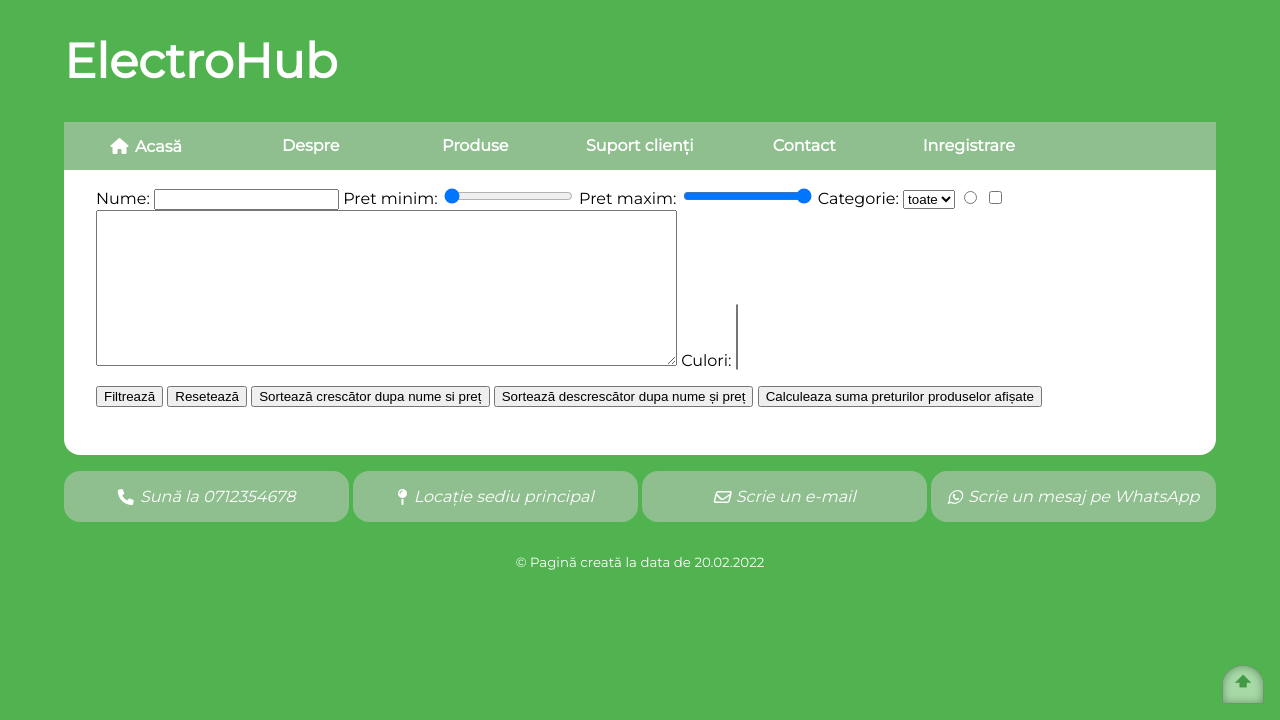
Repository: alexbanilean/Proiect-TW---ElectroHub
Page: http://localhost/produse
The author's editor kept a copy of each file at every save. The page is drawn from the files as they stood at one save, then again after the next save.
The browser window is 1280 px wide. The pictures show the whole page.
The page is served by the project's Node server (index.js). Queries for data that is not in the repository find no rows.

Above is the page before, as saved 2022-05-09 20:48:22.
Console error: TypeError: Cannot set properties of null (setting 'onclick')

### views/pagini/produse.ejs
<!DOCTYPE html>
<html  lang="ro">
    <head>
        <meta name="description" content="Universul electronicelor și electrocasnicelor la cele mai bune prețuri.">
        <meta name="keywords" content="electronice, electrocasnice, telefoane, tablete, jocuri, televizoare, smartphone">
        <title>ElectroHub</title>
        <%- include("../fragmente/head"); %>
        <link rel="stylesheet" type="text/css" href="/resurse/css/produse.css"/>
        <script type="text/javascript" src="/resurse/js/produse.js"></script>
    </head>

    <body>

    <%- include("../fragmente/header") %>

    <main>

        <!--<label> Maxim calorii: <input type="number" id="inp-calorii" value="10000"></label>-->
        <!-- <div> Calorii: trebuie sa aiba acelasi name ca sa formeze un grup
            <p><label>Dietetic (calorii &lt; 350)
                <input id="i_rad1"  name="gr_rad" value="0:350" type="radio"/>
            </label></p>
            <p><label>Mediu (350 &le; calorii &lt; 700)
                <input id="i_rad2"  name="gr_rad" value="350:750" type="radio"/>
            </label>
            <p><label>Ridicat caloric (700 &le; calorii)
                <input id="i_rad3" name="gr_rad" value="700:1000000000" type="radio"/>
            </label>
            <p><label>Toate
                <input id="i_rad4" checked name="gr_rad" value="toate" type="radio"/>
            </label>
        </div> -->

        <p>
            <label>Nume: <input type="text" id="inp-nume"></label>

            <label>Pret minim: <input type="range" id="inp-pret-min" value="0" min="0"  max="5000"><span id="infoRangeMin"></span></label>

            <label>Pret maxim: <input type="range" id="inp-pret-max" value="5000" min="0"  max="5000"><span id="infoRangeMax"></span></label>

            <label>Categorie:
                <select id = "inp-categorie">
                    <option id = "sel-toate" selected value = "toate">toate</option>
                    <% for (let opt of locals.optiuni) { %>
                        <option value = "<%- opt.unnest %>"><%- opt.unnest %> </option>
                    <% } %>
                </select>
            </label>

            <label> <input type="radio"> </label>

            <label> <input type="checkbox"> </label>

            <label> <textarea id = "txtArea" rows = "10" cols = "70"></textarea> </label>

            <label>
                <datalist id = "browsers">
                    <option value = "Edge">
                    <option value = "Firefox">
                    <option value = "Chrome">
                    <option value = "Opera">
                    <option value = "Safari">
                </datalist>
            </label>

            <label>Culori:

                <select multiple id = "inp-culori" width="20">
                    <% for (let col of locals.culori) { %>
                        <option value = "<%- col.unnest %>"><%- col.unnest %> </option>
                    <% } %>
                </select>
            </label>

        </p>

        <p>
            <button id="filtrare">Filtrează</button>
            <button id="resetare">Resetează</button>
            <button id="sortCrescNume">Sortează crescător dupa nume si preț</button>
            <button id="sortDescrescNume">Sortează descrescător dupa nume și preț</button>
            <button id="p-suma">Calculeaza suma preturilor produselor afișate</button>
        </p>

        <!-- my code below -->

        <section id="produse">
            <div class="grid-produse">
                <% for(let prod of locals.produse) { %>
                    <article class="produs">
                        <h3 class="nume"><a href="/produs/<%-prod.id %>"><span class="val-nume"><%- prod.nume%></span></a></h3>
                        <p class="categorie">Categorie: <span class="val-categorie"><%- prod.categorie %></span></p>

                        <div class="grid-intern">
                            <figure class="imag-produs">
                                <a href="produs/<%-prod.id %>" ><img src="/resurse/imagini/produse/<%- prod.imagine %>" alt="[imagine <%- prod.nume %>]" /></a>
                            </figure>

                            <table class="info-prod">
                                <tbody>
                                    <tr>
                                        <td>
                                            <span class="pret">Pret:</span>
                                        </td>
                                        <td>
                                            <span class="val-pret"><%- prod.pret %> RON</span>
                                        </td>
                                    </tr>

                                    <tr>
                                        <td>
                                            <span class="culoare">Culoare:</span>
                                        </td>
                                        <td>
                                            <span class="val-culoare"><%- prod.culoare %></span>
                                        </td>
                                    </tr>

                                    <tr>
                                        <td>
                                            <span class="descriere">Descriere:</span>
                                        </td>
                                        <td>
                                            <span class="val-descriere"><%- prod.descriere %></span>
                                        </td>
                                    </tr>

                                    <tr>
                                        <td>
                                            <span class="data_adaugare">Data adăugare:</span>
                                        </td>
                                        <td>
                                            <span class="val-data_adaugare"><time><%- `${prod.data_adaugare.getDate()}/${locals.luni[prod.data_adaugare.getMonth()]}/${prod.data_adaugare.getFullYear()} (${locals.zile[prod.data_adaugare.getDay()]})` %></time></span>
                                        </td>
                                    </tr>

                                    <tr>
                                        <td>
                                            <span class="premium">Premium:</span>
                                        </td>
                                        <td>
                                            <span class="val-premium">
                                                <% if(prod.premium == 'true') { %>
                                                    <%- 'Da' %>
                                                <% } else { %>
                                                    <%- 'Nu' %>
                                                <% } %>
                                            </span>
                                        </td>
                                    </tr>
                                </tbody>
                            </table>

                            <label class="selecteaza-cos">
                                Selectează:<br/>
                                <input type="checkbox" class="select-cos" value="<%-prod.id %>" autocomplete="off">
                            </label>
                        </div>
                    </article>
                <% } %>
            </div>
        </section>
    </main>

    <%- include("../fragmente/footer") %>
    </body>
</html>

### views/fragmente/head.ejs
<meta charset="utf-8">
<meta name="author" content="Alexandru Bănilean">

<link rel="apple-touch-icon" sizes="180x180" href="/resurse/ico/apple-touch-icon.png">
<link rel="icon" type="image/png" sizes="32x32" href="/resurse/ico/favicon-32x32.png">
<link rel="icon" type="image/png" sizes="16x16" href="/resurse/ico/favicon-16x16.png">
<link rel="manifest" href="/resurse/ico/site.webmanifest">
<link rel="mask-icon" href="/resurse/ico/safari-pinned-tab.svg" color="#5bbad5">
<link rel="shortcut icon" href="/resurse/ico/favicon.ico">
<meta name="msapplication-TileColor" content="#da532c">
<meta name="msapplication-config" content="./resurse/ico/browserconfig.xml">
<meta name="theme-color" content="#ffffff">

<link rel="stylesheet" href="/resurse/css/general.css" type="text/css"/>
<link rel="stylesheet" href="/resurse/css/general-1200.css" type="text/css" media="screen and (max-width:1200px)"/>
<link rel="stylesheet" href="/resurse/css/general-500.css" type="text/css" media="screen and (max-width:500px)"/>
<link rel="stylesheet" href="/resurse/css/nav.css" type="text/css"/>
<link rel="stylesheet" href="/resurse/css/nav-500.css" type="text/css" media="screen and (max-width:500px)"/>
<link rel="stylesheet" href="/resurse/css/galerie_statica.css" type="text/css"/>
<link rel="stylesheet" href="/resurse/css/print_style.css" type="text/css"/>

<link rel="stylesheet" href="https://use.fontawesome.com/releases/v6.0.0/css/all.css"/>
<link rel="stylesheet" href="https://fonts.googleapis.com/css?family=Montserrat"/>

<script src="/resurse/js/tema.js"></script>

### views/fragmente/header.ejs
<script>
    var tema=localStorage.getItem("tema");
    if(tema)
        document.body.classList.add("dark");
    else
        document.body.classList.remove("dark");
</script>

<header>
    <h1>ElectroHub</h1>
</header>

<nav>

    <label id="hamburger" for="ch-menu">
        <img src="/resurse/imagini/hamburger_icon_alb.png" alt="menu">
    </label>
    <input id="ch-menu" type="checkbox">

    <ul class="meniu">
        <li><div class="home-button"><a href="/index"><span class="text-home-button">Acasă</span></a></div></li>
        <li><div><a href="/despre">Despre</a></div>
            <ul>
                <li><a href="/despre#prezentare">Prezentare</a></li>
                <li><a href="/despre#istoric">Istoric</a></li>
                <li><a href="/despre#galerie">Galerie</a></li>
            </ul>
        </li>
        <li><div><a href="/produse">Produse</a></div>
            <ul>
                <li><a href="/produse">Toate</a></li>
                <% for(let categ of locals.categorii_meniu) { %>
                    <li><a href="/produse/<%-categ.unnest%>" style="text-transform: capitalize;"><%-categ.unnest%></a></li>
                <% } %>
            </ul>
        </li>
        <li><a href="/suport_clienti">Suport clienți</a></li>
        <li><a href="/contact">Contact</a></li>
        <li><a href="/inregistrare">Inregistrare</a></li>



        <% if(locals.utilizator){ %>
            <li>
                <div><%- locals.utilizator.username %></div>
                <ul>
                    <li><a href="/profil">Profil</a></li>
                    <li><a href="/logout">Logout</a></li>
                    <% if(locals.utilizator && locals.utilizator.rol == "admin") { %>
                    <li><a href="/useri">Useri</a></li>
                    <% } %>

                </ul>
            </li>
        <% } %>
    </ul>
</nav>

<p id="banner"></p>

### views/fragmente/footer.ejs
<footer>
    <address>
        <a href="tel:+40712354678" class="apel">
            <i class="fa-solid fa-phone fa-shake-hover" style="font-weight:600;padding-right:0.4rem;"></i>Sună la 0712354678</a>
        <a href="https://www.google.com/maps/place/Faculty+of+Mathematics+and+Informatics+-+University+of+Bucharest/@44.4355355,26.0995867,15z/data=!4m5!3m4!1s0x0:0x493984726f0235f9!8m2!3d44.4355355!4d26.0995867" class="locatie">
            <i class="fa-solid fa-map-pin fa-bounce" style="font-weight:600;padding-right:0.4rem;"></i>Locație sediu principal</a>
        <a href="mailto::clienti.electrohub@gmail.com" class="mail">Scrie un e-mail</a>
        <a href="https://api.whatsapp.com/send?phone=40712354678" class="mesaj">Scrie un mesaj pe WhatsApp</a>
    </address>

    <a href="#" id="link-top"><div class="tooltip"><span class="tooltiptext">Înapoi în partea de sus a paginii</span></div></a>

    <p class="copyright-info"><small>&copy; Pagină creată la data de <time datetime="2022-02-20">20.02.2022</time></small></p>
</footer>

### resurse/css/nav.css
body{
    --inaltime-meniu: 3rem;
}

nav ul.meniu ul{
    display: none;
    position: absolute;
    width: 100%;
}

nav{
    height: var(--inaltime-meniu);
    width: 100%;
    top: 0;
    padding: 0;
    background-color: var(--button-color);
    z-index: 10;
    position: sticky;
}

nav ul.meniu>li{
    float: left;
    width: 14.28%;
    position: relative;
}

nav ul, nav li{
    padding: 0;
    margin: 0;
}

nav ul.meniu li{
    text-align: center;
    list-style-type: none;
    background-color: var(--button-color);
    cursor: pointer;
}

nav>ul.meniu>li>a{
    overflow: hidden;
}

nav ul.meniu li, nav ul.meniu div, nav ul.meniu a{
    text-decoration: none;
    color: var(--c2-text);
    display: block;
    font-weight: bold;

    height: var(--inaltime-meniu);
    line-height: var(--inaltime-meniu);
}

ul.meniu>li>div:hover, ul.meniu>li>a:hover{
    box-shadow: 1px 1px 5px 1px inset var(--c2-text), -1px -1px 5px 1px inset var(--c2-text);
}

ul.meniu a, ul.meniu div{
    transition: background 200ms linear;
}

nav ul.meniu>li:hover>ul{
    display: block;
    animation-name: aparitie_submeniu;
    animation-iteration-count: 1;
    animation-duration: 200ms;
    animation-timing-function: linear;
    transform-origin: top center;
}

nav ul.meniu>li:hover>ul li a::before{
    content:'\2192';
    display: inline-block;
    padding-right: 0.4rem;

}

nav ul.meniu>li:hover>ul li{
    overflow: hidden;
}

nav ul.meniu>li:hover>ul li a:hover::before{
    content:'\2192';
    padding-right: 0.4rem;

    animation-name: animatie_sageata_submeniu;
    animation-iteration-count: 1;
    animation-duration: 400ms;
    animation-timing-function: linear;
}

.home-button>a::before{
    display: inline-block;
    font-family: "Font Awesome 6 Free";
    padding-right: 0.4rem;
    content:'\f015';
}

#hamburger{
    display: none;
    height: var(--inaltime-meniu);
}

#ch-menu{
    display: none;
}

#hamburger img{
    height: 100%;
    width: auto;
}

@keyframes aparitie_submeniu{
    0%{
        opacity: 0;
        transform: scaleY(0);
    }
    100%{
        opacity: 1;
        transform: scaleY(1);
    }
}

@keyframes animatie_sageata_submeniu{
    0%{transform: translateX(-2rem);}
    100%{transform: translateX(0);}
}

### resurse/css/galerie_statica.css
#galerie_statica{
    display: grid;
    grid-template-columns: repeat(3, 1fr);
    gap: 10px;
    width: 100%;
}

#galerie_statica img{
    width: 100%;
    height: 100%;
}

#galerie_statica figure{
    width: 100%;
    height: 85%;
    margin: 0;
    padding: 0;
}

#galerie_statica>a:nth-child(5){
    grid-area: 2/3/3/4;
}

#galerie_statica>a:nth-child(6){
    grid-area: 3/1/4/2;
}

#galerie_statica>a:nth-child(7){
    grid-area: 3/3/4/4;
}

#galerie_statica>a:nth-child(8){
    grid-area: 4/1/5/2;
}

#galerie_statica>a:nth-child(9){
    grid-area: 4/2/5/3;
}

#galerie_statica>a:nth-child(10){
    grid-area: 4/3/5/4;
}

#galerie_statica{
    counter-reset: nr_imag;
}

#galerie_statica figcaption::before{
    content: counter(nr_imag, upper-roman) ". ";
    counter-increment: nr_imag;
    padding-right: 3px;
}

#galerie_statica figure figcaption{
    text-align: center;
    width:100%;
}

#galerie_statica figure:hover{
    transform: scale(1.25, 1.25) rotate(-10deg);
    border: 4px solid black;
    transition: all 1200ms linear;
}

#galerie_statica>a{
    text-decoration: none;
    color: inherit;
}

@media screen and (max-width: 800px){
    #galerie_statica{
        display: grid;
        grid-template-columns: repeat(2, 1fr);
    }
}

@media screen and (max-width: 500px){
    #galerie_statica{
        display: grid;
        grid-template-columns: 1fr;
    }
}

### resurse/css/print_style.css
#watermark, #banner{
    display:none;
}

@media print{

    html, body{
        width: 210mm;
        overflow: visible !important;
    }

    a{
        text-decoration: none;
        color: auto;
    }

    #link-top, video, iframe, #prezentari, figure, image, table{
        display: none;
    }

    details ol, :hover{
        display: block;
    }

	h1{
		margin-top: 50%;
		text-align:center;
	}

    nav{
        page-break-after: always;
    }

    nav u.meniu ul li{
        display: block;
    }

	#banner{
		position: absolute;
		display: inline-block;
        overflow: visible;
        width:50%;

        top: 0;
		right: 0;
	}
	#banner::after{
		content:"Acesta este un proiect școlar.";
        display: inline-block;
		position: absolute;

		font-size:10px;
        border:5px double black;

        padding: 5%;

        top: 0;
        right: 0;
	}

    #watermark{
        display: flex;
        flex-direction: column;
        position: fixed;
        align-items: center;
        justify-content: center;

        color: rgba(0,0,0,0.3);

        width: 60%;
        height: 10%;

        top: 0;
        left: 0;
    }

    #watermark::after{
        content: "Banilean Alexandru";
        display: block;
        text-align: center;
        padding: 5%;
        opacity: 0.3;

        color: rgba(0,0,0,0.3);

        border: 2px solid black;
        border-radius: 8px;
    }

	footer{
		page-break-before: always;
	}
}

@page {
    size: A4 portrait;
    margin-bottom:2cm;
    margin-top:2cm;
    counter-increment: page;

}
@page:left{

    margin-left:2cm;
    margin-right:1cm;
}
@page:right{

    margin-right:2cm;
    margin-left:1cm;
}

### resurse/css/produse.css
main{
    --padd-main: 2rem;
    padding-left: var(--padd-main);
    padding-right: var(--padd-main);
}

.grid-produse{
    display:grid;
    grid-template-columns: 1fr 1fr;
    grid-gap:1rem;
}
.grid-produse .produs{
    border-radius: 2rem;
    box-shadow: 0px 0px 0.5rem 0.2rem grey;
    overflow: hidden;
}

.grid-produse .produs h3{
    background-color: var(--medium-color);
    text-align: center;
    margin-top: 0;
    padding-top: 0.5rem;
    padding-bottom: 0.5rem;
}

.grid-produse .produs h3 a{
    color: var(--c2-text);
    text-decoration: none;
}

.grid-produse .produs h3 a:hover{
    color:var(--vivid-color);
}
.grid-produse .produs figure{
    text-align: center;
}

/* .grid-produse .produs figure img{
    border:1px solid grey
} */

.grid-produse .produs .info-prod{
    display:flex;
    width: 90%;
    /* text-align:center; */

    border-collapse: separate;

    font-weight: bold;
    padding-top: 2rem;
}

.grid-produse .produs p.categorie{
    text-align:center;
    font-weight:bold;
}

.grid-intern{
    display:grid;
    grid-template-columns: 1fr 1fr;
    grid-gap:1rem;
}

.grid-intern>figure img{
    width: 100%;
    height: auto;
}

.produs{
    position: relative;
}
.selecteaza-cos{
    display: inline-block;
    position: absolute;
    bottom: 0.5rem;
    right: 0.5rem;
    border-radius: 0.5rem;
    text-align: center;
    padding: 0.3rem;
    border: 1px solid transparent;
}

### resurse/css/general-1200.css
html{
    font-size: 14px;
}

body{
    --body-padding: 1.5rem;
    margin: 0;
}

#tabel>div{
    overflow-x: scroll;
}

#link-top{
    right: 1.7rem;
}

#link-top>.tooltip{
    right: 1.8rem;
}

.text-home-button{
    display: none;
}

.home-button>a::before{
    padding-left: 0.4rem;
}

### resurse/css/general-500.css
html{
    font-size: 10px;
}

body{
    --body-padding: 0;
}

h1{
    text-align: center;
}

#grid-pagina{
    display: block;
}

section{
    margin-top: 1rem;
}

#tabel>div{
    overflow-x: scroll;
}

.taburi-iframe a{
    text-decoration: none;
    width: 75px;
}

#link-top{
    right: 0.3rem;
}

#link-top>.tooltip{
    right: 0.4rem;
}

### resurse/css/nav-500.css
#hamburger{
    display: block;
}

ul.meniu{
    display: none;
    position: absolute;
    width: 100%;
}

/* aparitie meniu */

#ch-menu:checked+ul.meniu{
    display: block;
    z-index: 2;
    position: absolute;
    transform-origin: 0 0;

    animation-name: aparitie_meniu;
    animation-iteration-count: 1;
    animation-timing-function: linear;
    animation-fill-mode: forwards;
    animation-duration: 300ms;
}

#ch-menu:checked+ul.meniu>li>div, #ch-menu:checked+ul.meniu>li>a{
    z-index: 2;
    position: relative;
}

/* display over content meniu */

nav ul.meniu li{
    width: 100%;
}

nav ul.meniu>li ul{
    position: absolute;
    width: 100%;
    z-index: 200;
}

#ch-menu:checked+ul.meniu>li ul>*{
    position: relative;
    z-index: 200;
}

nav ul.meniu>li:hover>ul{
    z-index: 200;
    animation: none;
}

/* modificari sageata + boxshadow */

nav ul.meniu>li:hover>ul li a::before{
    content: none;
}

nav ul.meniu>li:hover>ul li a:hover::before{
    animation: none;
    content: none;
}

ul.meniu>li :hover{
    box-shadow: 1px 1px 5px 1px inset var(--c2-text), -1px -1px 5px 1px inset var(--c2-text);
}

@keyframes aparitie_meniu{
    0%{transform: scale(0,0);}
    100%{transform: scale(1,1);}
}

Loaded but not shown: resurse/json/galerie.json (97 lines, source omitted); resurse/json/erori.json (35 lines, source omitted); index.js (658 lines, source omitted); resurse/js/produse.js (331 lines, source omitted); resurse/js/tema.js (11 lines, source omitted); resurse/css/general.css (482 lines, source omitted)

After the next save:
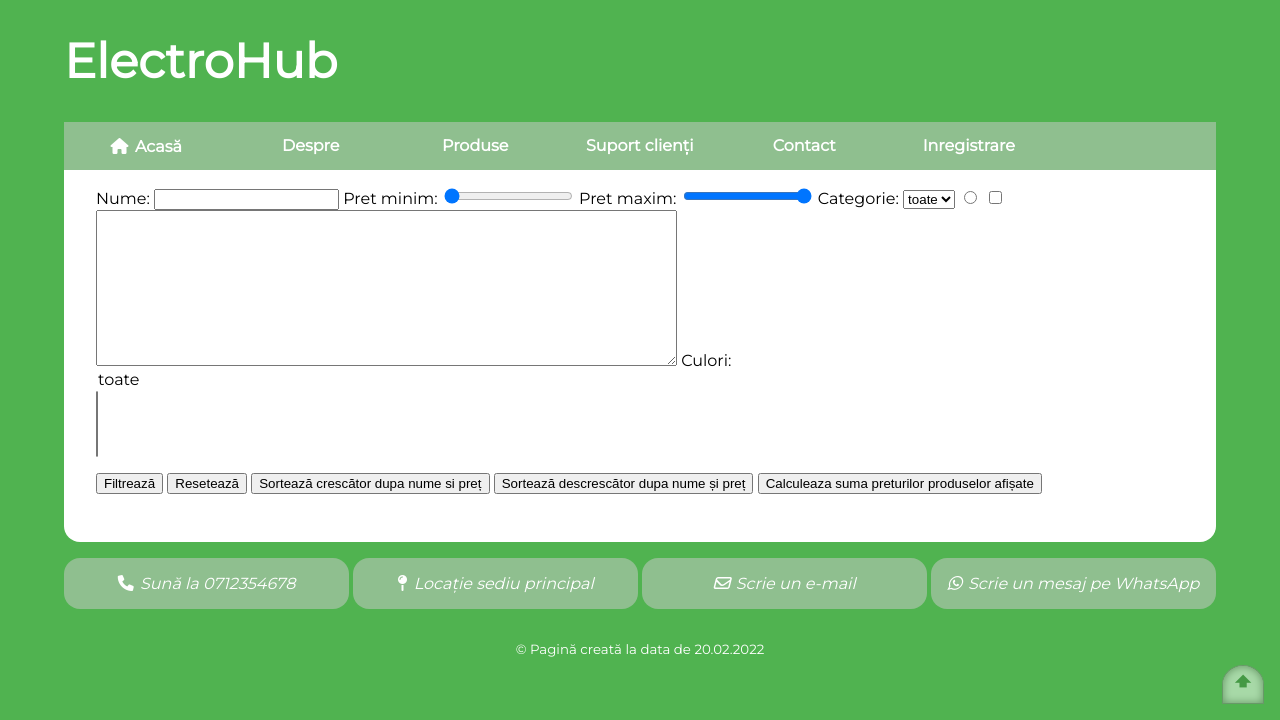
Saved 6 s later.
--- a/views/pagini/produse.ejs
+++ b/views/pagini/produse.ejs
@@ -64,7 +64,7 @@
             </label>
 
             <label>Culori:
-
+                <option id = "sel-toate" selected value = "toate">toate</option>
                 <select multiple id = "inp-culori" width="20">
                     <% for (let col of locals.culori) { %>
                         <option value = "<%- col.unnest %>"><%- col.unnest %> </option>
